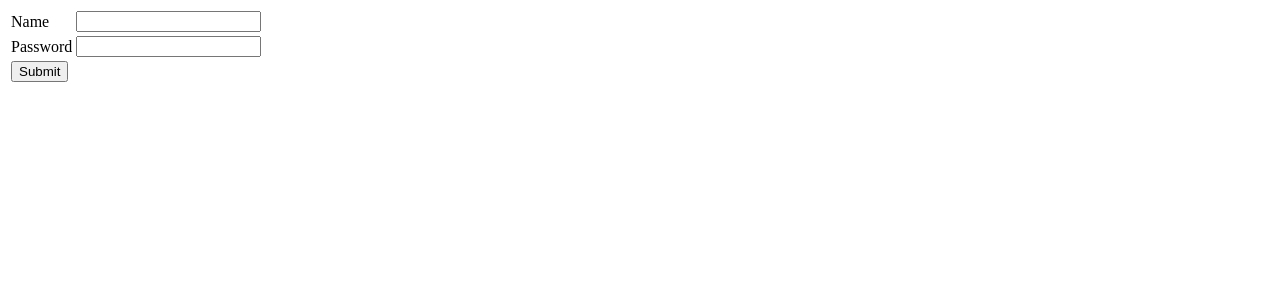
Repository: SurajPawar15-smart/JAVAProjects
Page: 11.HiddenFormDemo/WebContent/index.html
An editor plug-in stored every save of this project. The page is shown before and after the next save, followed by the edit.
The browser window is 1280 px wide. The pictures show the whole page.

Above is the page before, as saved 2020-09-27 10:52:43.

After the next save:
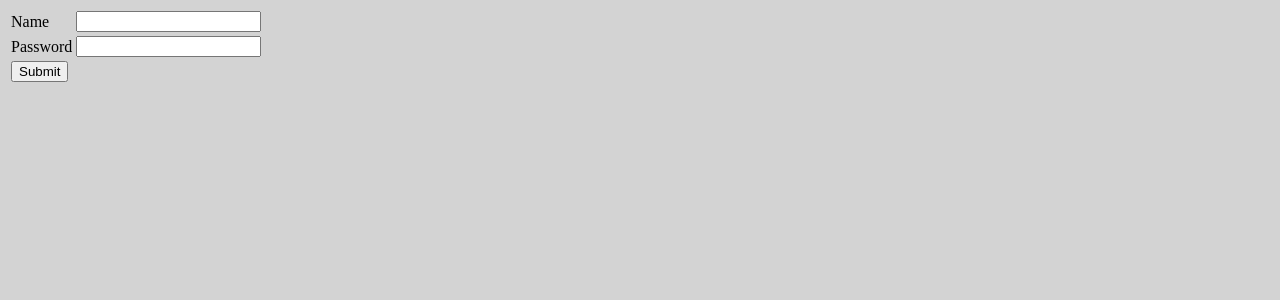
Saved 104 s later.
--- a/11.HiddenFormDemo/WebContent/index.html
+++ b/11.HiddenFormDemo/WebContent/index.html
@@ -3,6 +3,14 @@
 <head>
 <meta charset="ISO-8859-1">
 <title>Insert title here</title>
+<style>
+body{
+background-color:#d3d3d3;
+}
+h1{
+color:blue;
+}
+</style>
 </head>
 <body>
 <form action="FirstServlet"  >
@@ -19,7 +27,6 @@
 
 <tr>
 <td><input type="submit" value="Submit"></td>
-
 </tr>
 
 </table>
